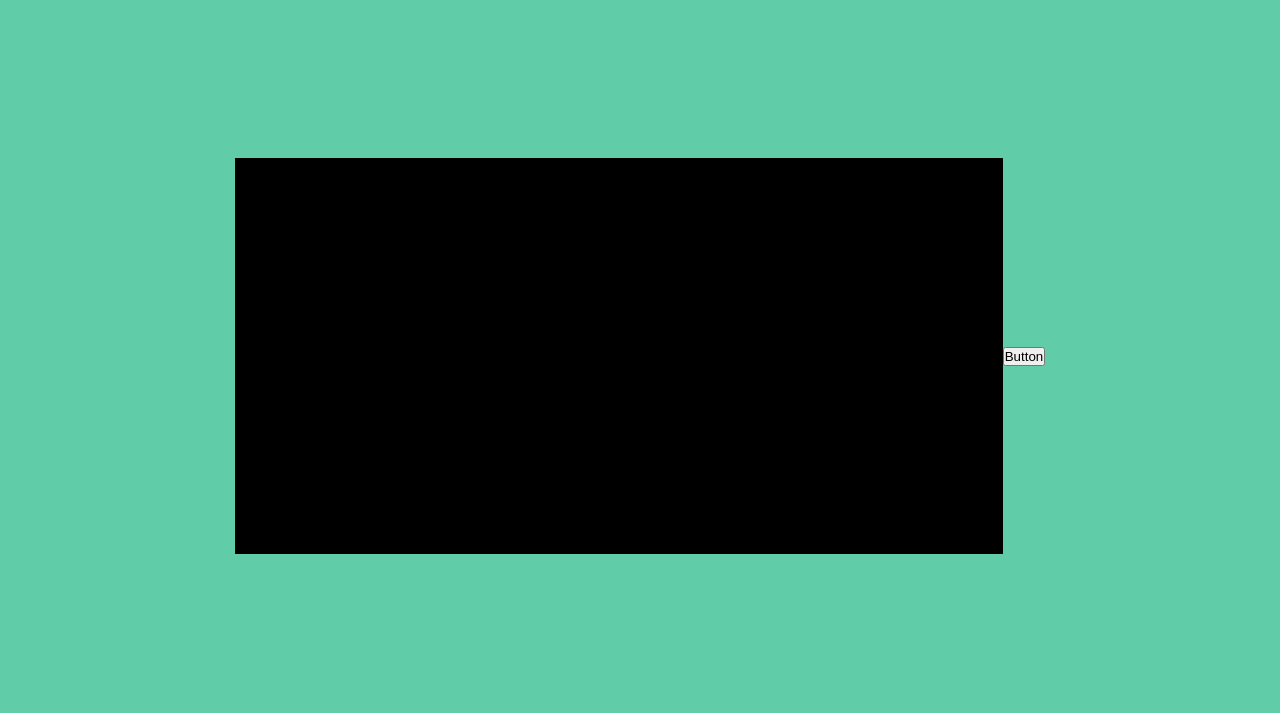
Repository: gitveerak/git-message-chat
Page: demo/demo1.html
These files come from the project's save history. The page is drawn as it stood at one moment and after the next save; the edit follows.
The browser window is 1280 px wide. The pictures show the whole page.
After loading, the first visible `button` was clicked once.

Above is the page before, as saved 2025-04-20 18:29:58.

After the next save:
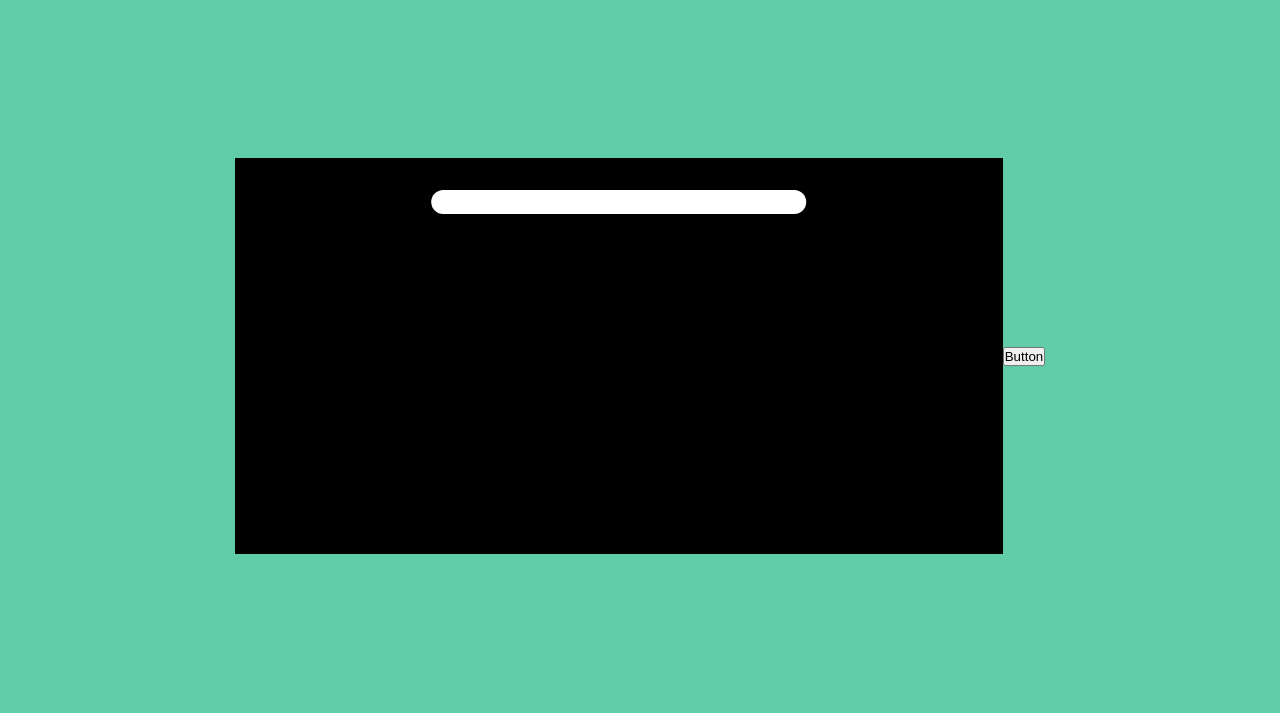
Saved 11 s later.
--- a/demo/demo1.html
+++ b/demo/demo1.html
@@ -86,7 +86,7 @@
             img_icon.style.display='block';
             setInterval(() => {
                 icon_bar.style.display='block';
-            }, 8000);
+            }, 800);
             setTimeout(() => {
                 icon_bar.style.display='none';
                 img_icon.style.display='none';
